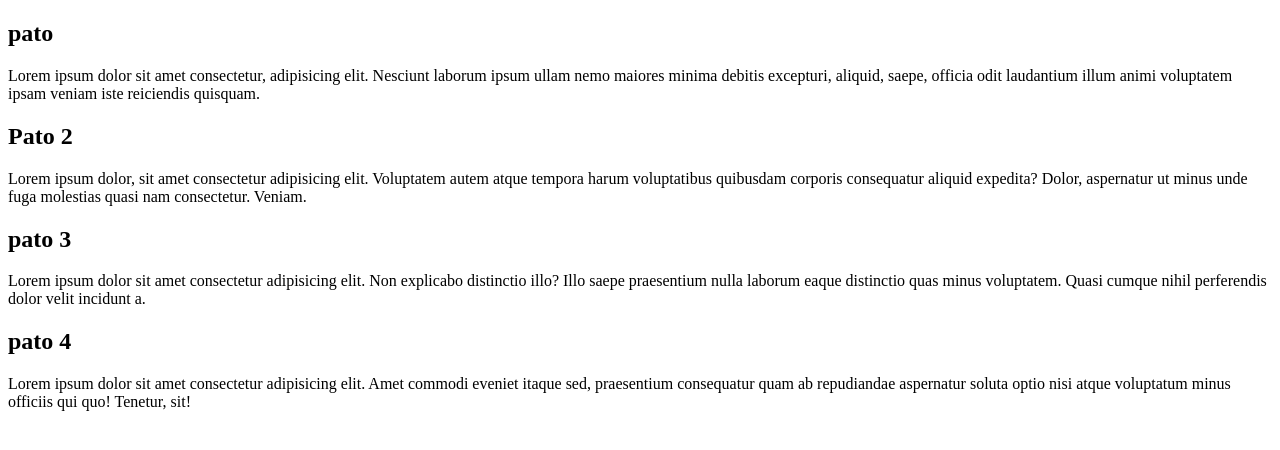
Repository: viviij/Fun-es-Simples-JavaScript
Page: index.html
The author's editor kept a copy of each file at every save. The page is drawn from the files as they stood at one save, then again after the next save.
The browser window is 1280 px wide. The pictures show the whole page.

Above is the page before, as saved 2022-08-25 20:28:31.

After the next save:
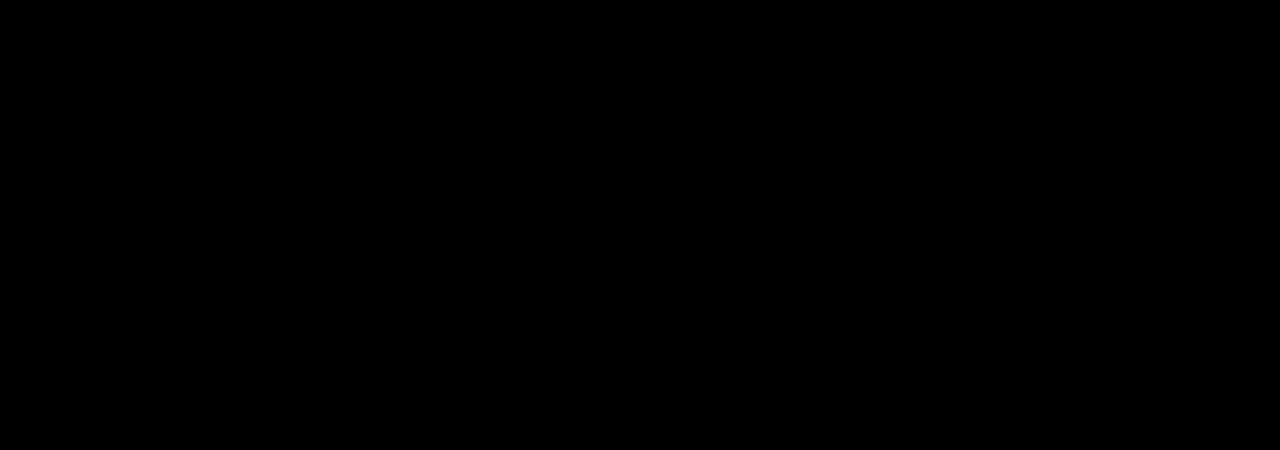
Saved 5 min 51 s later.
--- a/styles.css
+++ b/styles.css
@@ -1,3 +1,7 @@
+body {
+  background: black;
+}
+
 .container section .questao_2 {
   max-height: 200px;
   max-width: 200px;

After the save that followed:
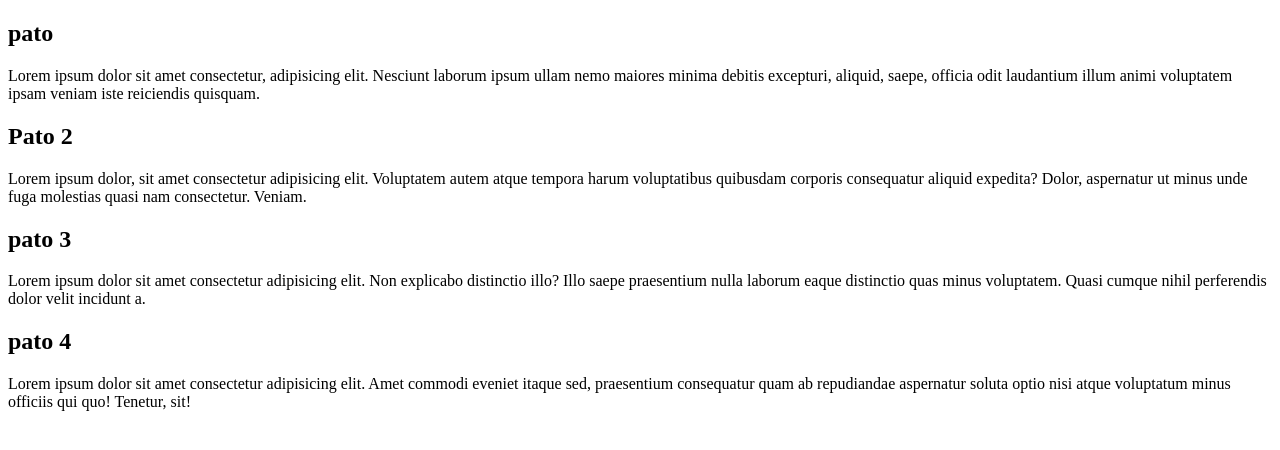
Saved 7 s later.
--- a/styles.css
+++ b/styles.css
@@ -1,7 +1,3 @@
-body {
-  background: black;
-}
-
 .container section .questao_2 {
   max-height: 200px;
   max-width: 200px;
